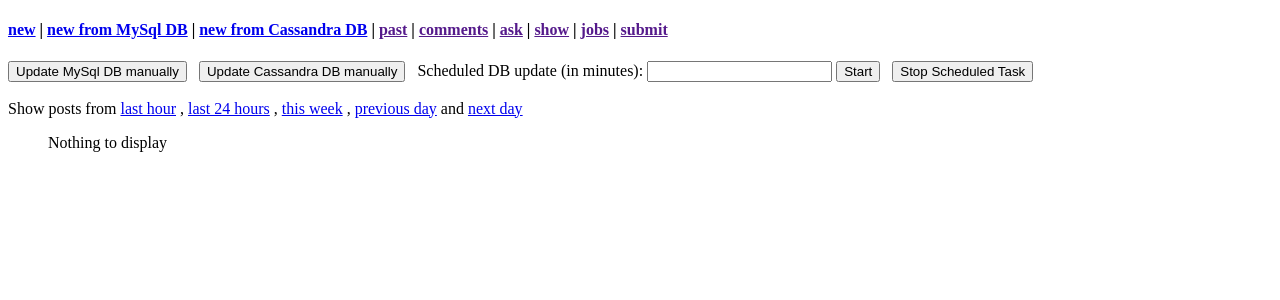
Repository: akshatmaheshwar/HackerNews-Clone
Page: http://localhost/HackerNews/dbnewest
These files come from the project's save history. The page is drawn as it stood at one moment and after the next save; the edit follows.
The browser window is 1280 px wide. The pictures show the whole page.
The page is served by Tomcat 10. Queries for data that is not in the repository find no rows.

Above is the page before, as saved 2023-10-16 07:25:09.

After the next save:
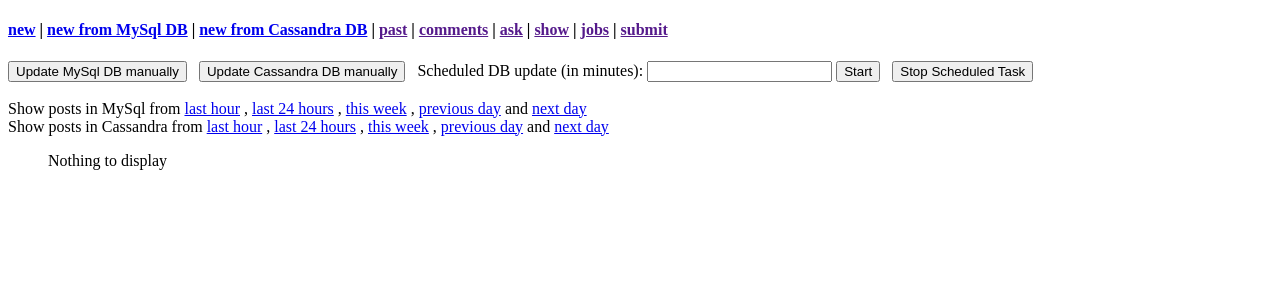
Saved 18 h 40 min later.
--- a/HackerNews/src/main/webapp/newest.jsp
+++ b/HackerNews/src/main/webapp/newest.jsp
@@ -83,7 +83,8 @@ if(request.getAttribute("datenav")!=null)dateNav = (int)request.getAttribute("da
     <form action="stopscheduledservlet" method="post"><input type="submit" value="Stop Scheduled Task"></form></div>
 
     <br>
-    <div>Show posts from <a href = "dbnewest?fromtime=<%=getTimeStampLastHour()%>">last hour</a> , <a href = "dbnewest?fromtime=<%=getTimeStampLast24Hour()%>">last 24 hours</a> , <a href = "dbnewest?fromtime=<%=getTimeStampThisWeek()%>">this week</a> , <a href = "dbnewest?fromtime=<%=getMidNight(dateNav-1)%>&totime=<%=getMidNight(dateNav)%>&datenav=<%=dateNav-1%>">previous day</a> and <a href = "dbnewest?fromtime=<%=getMidNight(dateNav+1)%>&totime=<%=getMidNight(dateNav+2)%>&datenav=<%=dateNav+1%>">next day</a></div>
+    <div>Show posts in MySql from <a href = "dbnewest?fromtime=<%=getTimeStampLastHour()%>">last hour</a> , <a href = "dbnewest?fromtime=<%=getTimeStampLast24Hour()%>">last 24 hours</a> , <a href = "dbnewest?fromtime=<%=getTimeStampThisWeek()%>">this week</a> , <a href = "dbnewest?fromtime=<%=getMidNight(dateNav-1)%>&totime=<%=getMidNight(dateNav)%>&datenav=<%=dateNav-1%>">previous day</a> and <a href = "dbnewest?fromtime=<%=getMidNight(dateNav+1)%>&totime=<%=getMidNight(dateNav+2)%>&datenav=<%=dateNav+1%>">next day</a></div>
+    <div>Show posts in Cassandra from <a href = "dbnewest?fromtime=<%=getTimeStampLastHour()%>">last hour</a> , <a href = "dbnewest?fromtime=<%=getTimeStampLast24Hour()%>">last 24 hours</a> , <a href = "dbnewest?fromtime=<%=getTimeStampThisWeek()%>">this week</a> , <a href = "dbnewest?fromtime=<%=getMidNight(dateNav-1)%>&totime=<%=getMidNight(dateNav)%>&datenav=<%=dateNav-1%>">previous day</a> and <a href = "dbnewest?fromtime=<%=getMidNight(dateNav+1)%>&totime=<%=getMidNight(dateNav+2)%>&datenav=<%=dateNav+1%>">next day</a></div>
 <ol start = <%=startNo%>>
      <%
     ArrayList<Posts> postList = (ArrayList<Posts>)request.getAttribute("postList");
